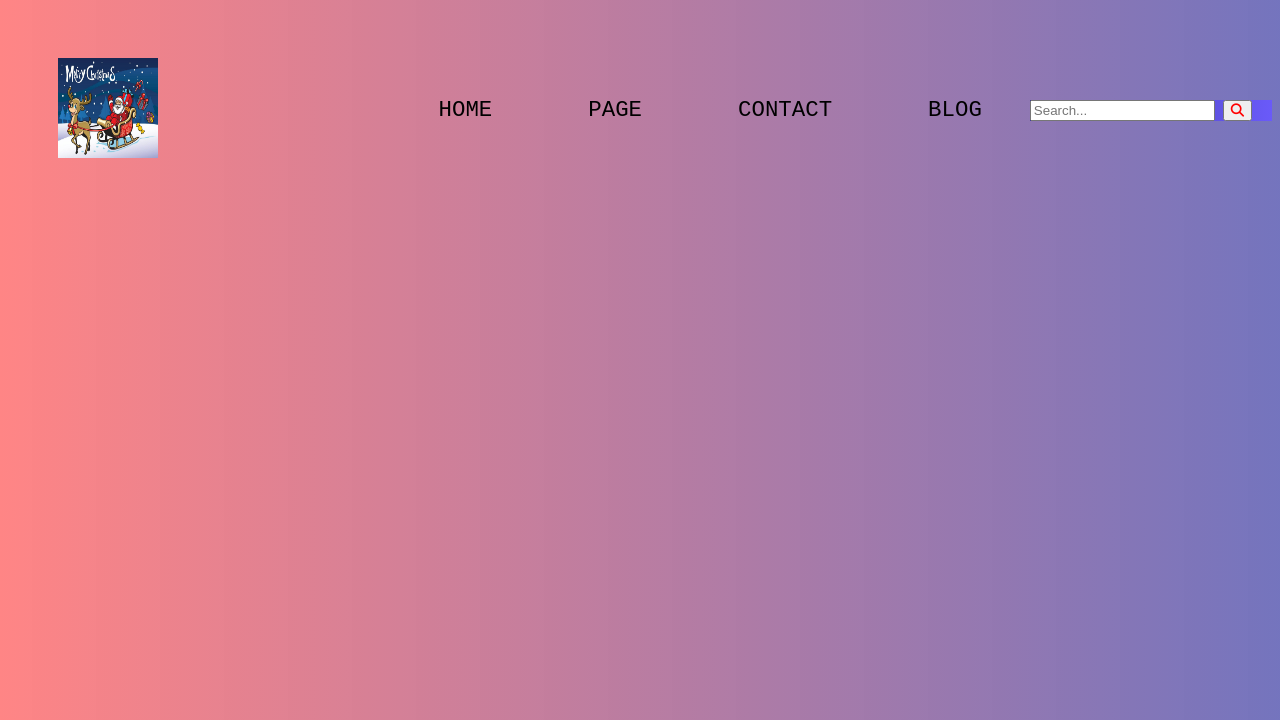
Repository: 16-Doffy/FE-UI
Page: menu/index.html
The author's editor kept a copy of each file at every save. The page is drawn from the files as they stood at one save, then again after the next save.
The browser window is 1280 px wide. The pictures show the whole page.

Above is the page before, as saved 2024-12-23 18:12:58.

### menu/index.html
<!DOCTYPE html>
<html lang="en">
<head>
    <meta charset="UTF-8">
    <meta name="viewport" content="width=device-width, initial-scale=1.0">
    <link rel="stylesheet" href="styles.css">
    <link href="https://cdnjs.cloudflare.com/ajax/libs/font-awesome/6.5.1/css/all.min.css" rel="stylesheet">

    <title>Document</title>
</head>
<body>
    <div class="header">
        <div class="header-inner">
            <div class="logo">
                <img src="../img/n3.jpg" alt="">
            </div>
            <ul class="menu">
                <li class="menu-item">
                    <a href="" class="menu-link">Home</a>
                <div class="menu-child" >
                    <div class="menu-child-item">
                        <h4>Giày</h4>
                        <ul class="menu-child-first" style="list-style: none;">
                            <li>Vans</li>
                            <li>Nike AF1</li>
                            <li>Convert</li>
                            <li>Cross</li>
                            <li>...</li>
                        </ul>
                    </div>
                    <div class="menu-child-item">
                        <h4>Áo</h4>
                        <ul class="menu-child-first" style="list-style: none;">
                            <li>Áo Khoác</li>
                            <li>Bomber</li>
                            <li>Áo Phao</li>
                            <li>Áo Thun</li>
                            <li>...</li>
                        </ul>
                    </div>
                    <div class="menu-child-item">
                        <h4>Quần</h4>
                        <ul class="menu-child-first" style="list-style: none;">
                            <li>Quần Da</li>
                            <li>Short</li>
                            <li>Kaki</li>
                            <li>Tây</li>
                            <li>...</li>
                        </ul>
                    </div>
                    <div class="menu-child-item">
                        <h4>Phụ Kiện</h4>
                        <ul class="menu-child-first" style="list-style: none;">
                            <li>Nhẫn</li>
                            <li>Vòng cổ</li>
                            <li>Lắc tay</li>
                            <li> Thắc lưng</li>         <li>...</li>
                        </ul>
                    </div>
                </div>
                </li>
                <li class="menu-item"><a href="" class="menu-link">page</a></li>
                <li class="menu-item"><a href="" class="menu-link">contact</a></li>
                <li class="menu-item"><a href="" class="menu-link">blog</a></li>
                <div class="search-bar">
                    <input type="text" placeholder="Search...">
                    <button class="search-btn"><i class="fas fa-search" style="color: red"background-color: black;></i></button>
                </div>
            </ul>
        </div>

    </div>

</body>
</html>

### menu/styles.css
:root {
    --color: #05219ba1;
    --fs: 15px;
}
body {
    background-image: linear-gradient(to left, rgba(6, 6, 138, 0.555), rgba(255, 0, 0, 0.479));
    font-family: monospace;
}

.header-inner {
    max-width: 1024;
    margin: 0 auto;
    display: flex;
    align-items: center;
    justify-content: space-between;
    position: relative;
}
.logo{
  max-width: 2rem;
}
.logo img{
   width: 100px;
   height: 100px;
   padding: 50px;
   border-radius: 50px;
  }
.menu {
    display: flex;
    align-items: center;
}
.menu-item {
    margin: 0 1rem;
    list-style: none;
}
.menu-item:hover .menu-child {
    opacity: 1;
    visibility: visible;
}
.menu-link {
color: black;
text-transform: uppercase;
text-decoration: none;
font-size: 1.4rem;
display: flex;
padding: 2rem;
list-style: none;
}

.menu-child{
position: absolute;
top: 100%;
left: 0;
width: 100%;
background-image: linear-gradient(to right,rgba(4, 4, 88, 0.26),#6A5AF9);
display: flex;
opacity: 0;
visibility: hidden;
transition:  0.25s linear;
}
.menu-child-item{
    padding: 20px;
    list-style: none;
width: 25%;
}
.menu-child-item h4{
    list-style: none;
    color: white;
    font-size: 1.2rem;
    padding: 1rem;
    justify-content: center;
    width: 50%;
    gap: 10px;
    background-image: linear-gradient(to right,rgba(13, 13, 128, 0.568),#6A5AF9);
}
.menu-child-first{
color: rgba(251, 251, 252, 0.747);
font-size: 1.3rem;
font-weight: 600;
justify-content: center;
align-items: center;
}
.search-bar{
    background-image: linear-gradient(to right,rgba(13, 13, 128, 0.568),#6A5AF9);
    padding-right: 20px;
}

After the next save:
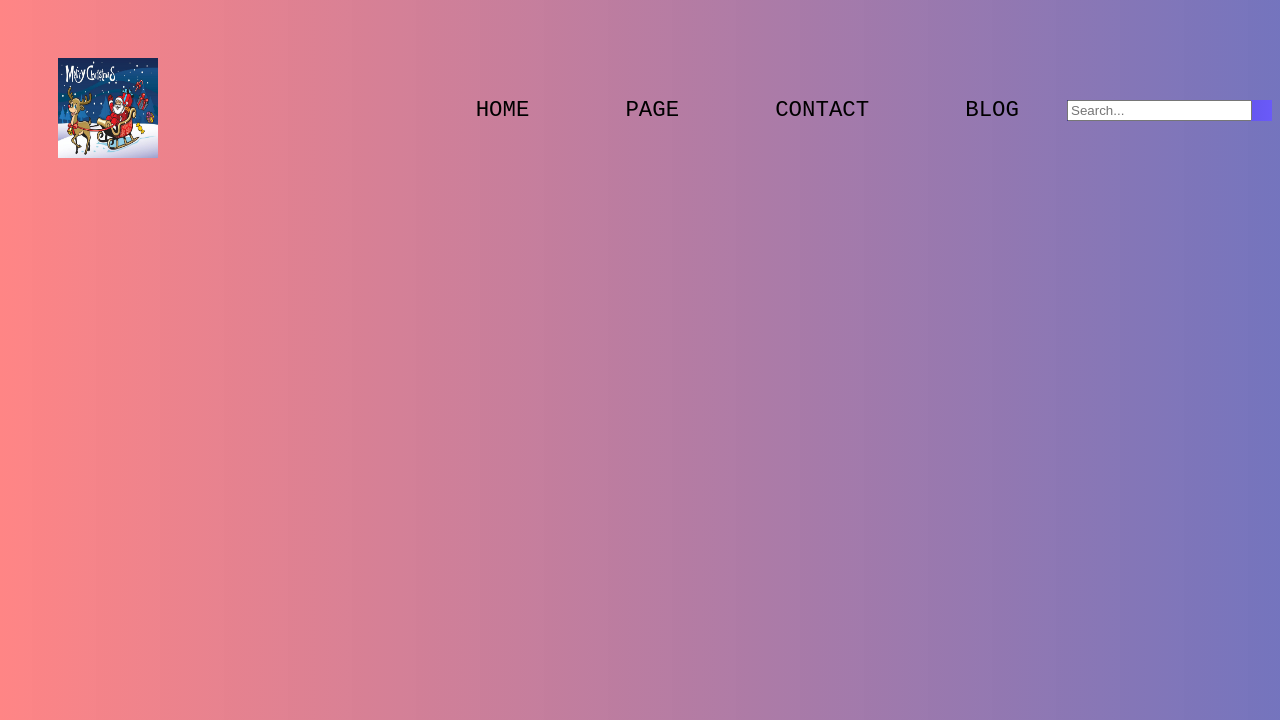
Saved 53 s later.
--- a/menu/index.html
+++ b/menu/index.html
@@ -64,7 +64,6 @@
                 <li class="menu-item"><a href="" class="menu-link">blog</a></li>
                 <div class="search-bar">
                     <input type="text" placeholder="Search...">
-                    <button class="search-btn"><i class="fas fa-search" style="color: red"background-color: black;></i></button>
                 </div>
             </ul>
         </div>

After the save that followed:
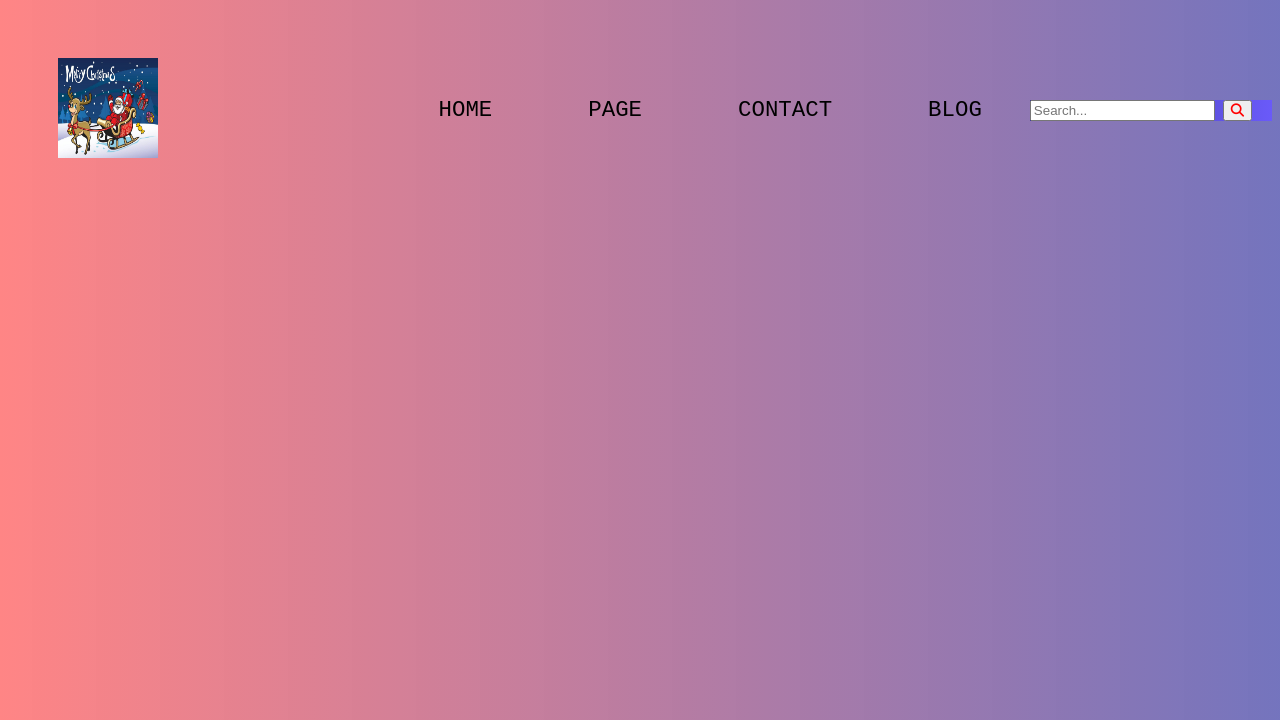
Saved 8 s later.
--- a/menu/index.html
+++ b/menu/index.html
@@ -64,6 +64,7 @@
                 <li class="menu-item"><a href="" class="menu-link">blog</a></li>
                 <div class="search-bar">
                     <input type="text" placeholder="Search...">
+                    <button class="search-btn"><i class="fas fa-search" style="color: red "  ;></i></button>
                 </div>
             </ul>
         </div>
